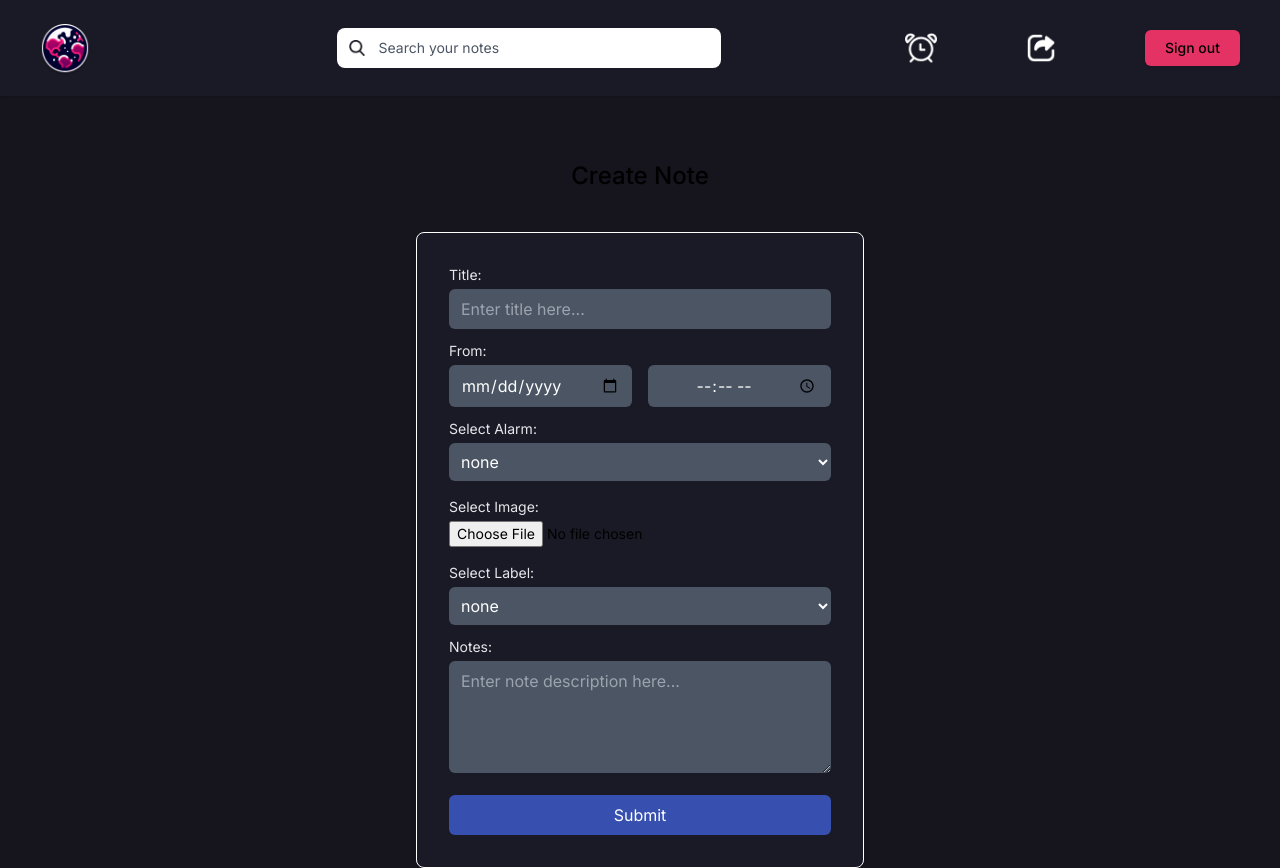
Repository: plan-it-earth/plan-it-earth
Page: /pages/calendar/createnote
These files come from the project's save history. The page is drawn as it stood at one moment and after the next save; the edit follows.
The browser window is 1280 px wide. The pictures show the whole page.
The project was rebuilt for these pictures with package versions that can differ from the ones it lists, and the page was loaded fresh each time. The framework's server and built-in components were replaced by stand-ins that run in the browser. Also part of the build but not shown: next.config.mjs.

Above is the page before, as saved 2024-04-18 20:03:30.

After the next save:
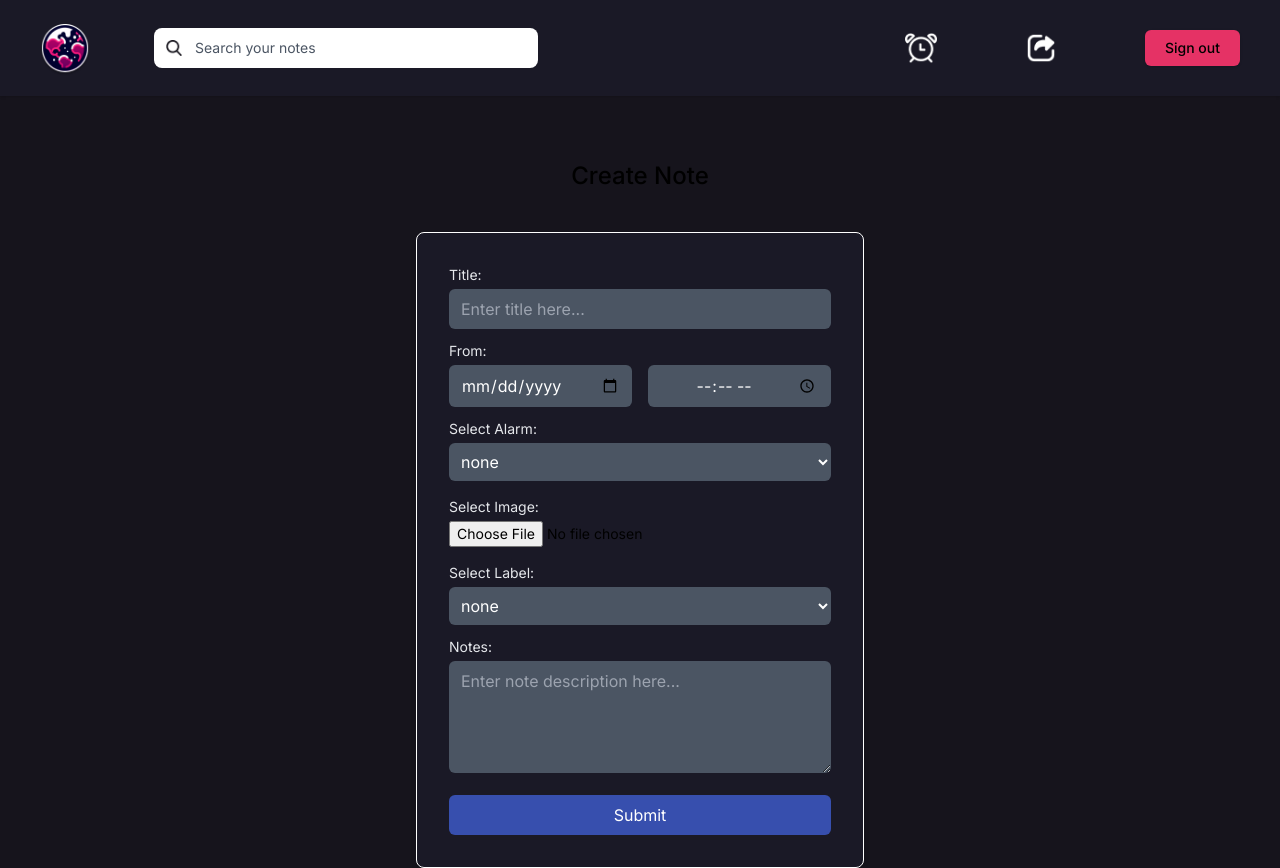
Saved 26 s later.
--- a/app/Components/Search.tsx
+++ b/app/Components/Search.tsx
@@ -19,7 +19,7 @@ export default function Search() {
     };
 
     return (
-        <form onSubmit={handleSubmit} className="flex flex-row h-10 w-36 items-center gap-2 self-center bg-[#fff] rounded-lg md:w-96 sm:w-80 md:gap-4 md:ml-16">
+        <form onSubmit={handleSubmit} className="flex flex-row mx-auto h-10 w-36 items-center gap-2 self-center bg-[#fff] rounded-lg md:w-96 sm:w-80 md:gap-4 md:ml-16">
             <button type="submit" className="border-none bg-none">
                 <Image src={search} alt='Search' height={18} width={18} className="h-4 w-4 ml-2 cursor-pointer md:ml-3"/>
             </button>
